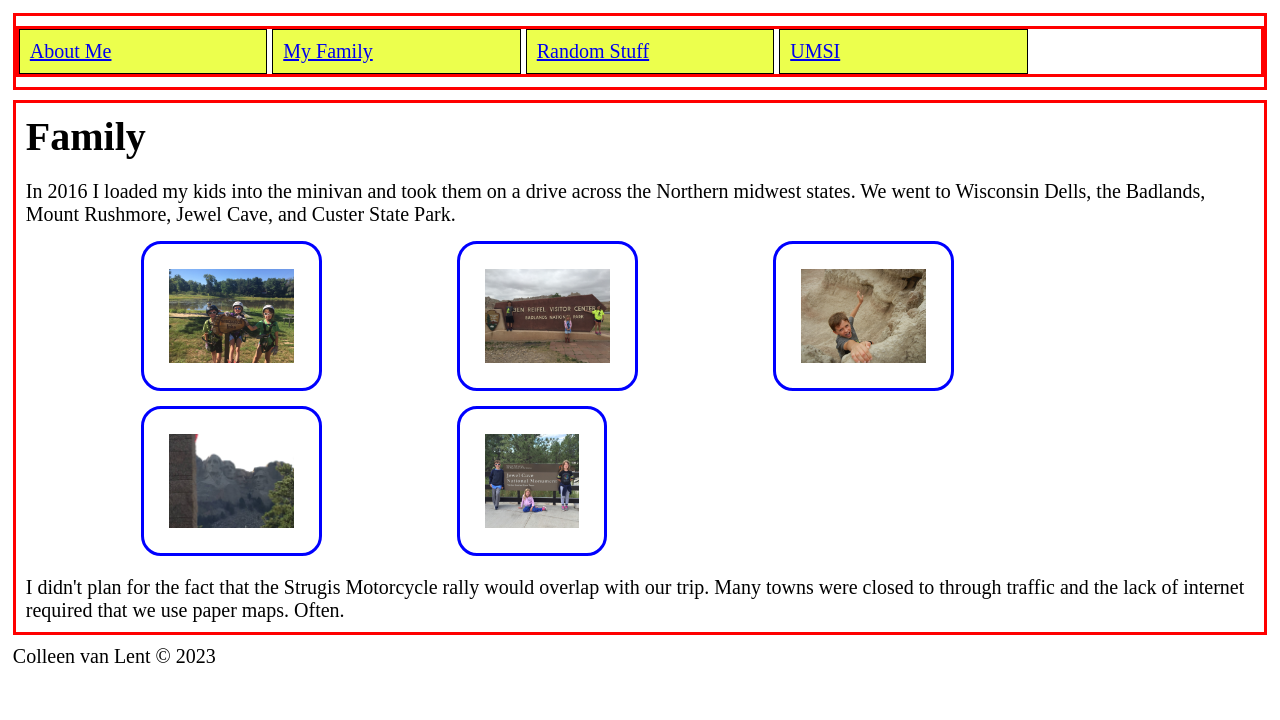
Repository: lulyany/hw1-2023
Page: family.html
These files come from the project's save history. The page is drawn as it stood at one moment and after a run of saves; the edit follows.
The browser window is 1280 px wide. The pictures show the whole page.

Above is the page before, as saved 2023-09-04 18:30:40.

### family.html
<!DOCTYPE html>
<html lang="en">
<head>
	<meta charset="UTF-8">
	<meta name="viewport" content="width=device-width, initial-scale=1.0">
	<link rel="icon" href="images/favicon.ico">
	<link rel="stylesheet" href="css/reset.css">
	<link rel="stylesheet" href="css/style.css">
	<title>Family Page</title>
</head>
<body>
	<header>
	 	<nav>
		<ul>
			<li><a href = "index.html">About Me</a></li>
			<li><a href = "family.html">My Family</a></li>
			<li><a href = "random.html">Random Stuff</a></li>
			<li><a href = "si.umich.edu">UMSI</a></li>
		</ul>
		</nav>
	</header>

	<main>
		<h1>Family</h1>
		<p>In 2016 I loaded my kids into the minivan and took them on a drive across the Northern midwest states.  We went to Wisconsin Dells, the Badlands, Mount Rushmore, Jewel Cave, and Custer State Park.</p>
			<img src = "images/wisconsin_dells.jpg" width="25" alt = "A boy and two girls in zip line gear posing in front of sign for Sasquatch Lake"/>
			<img src = "images/badlands.jpg" width="1000"  alt = "badlands"/>
			<img src = "images/falling.jpg" width="25"  alt = "falling"/>
			<img src = "images/rushmore.jpg" width="1000" alt = "rushmore"/>
			<img src = "images/jewel_cave.jpg" width="25"  alt = "jewel_cave"/>
		<p>I didn't plan for the fact that the Strugis Motorcycle rally would overlap with our trip.  Many towns were closed to through traffic and the lack of internet required that we use paper maps. Often.</p>
	</main>

	Colleen van Lent &copy; 2023
</body>
</html>

### css/style.css
/*Add padding and margin to space out the page.
Make the font larger too.*/
body{
	margin:1%;
	font-size:125%;
}

/*Make the h1 heading bigger with a bold font*/
h1{
	font-size: 2em;
	font-weight: bold;
}

.active{
	background: white;
    text-transform: uppercase;
	text-align: center;
}

.active a{
	text-decoration: none;;
}

/*Style the images*/
img{
    height: 150px;
	width:auto;
    border: 3px solid blue;
    padding: 25px;
    border-radius: 20px;
    margin: 5px;
	margin-left: 10%
}

/*Make the h2 heading match h1*/
h2{
	font-size: 2em;
	font-weight: bold;
}

/*Improve the spacing for paragraphs AND headings*/
p, h1, h2 {
    padding: 10px;
}

/*Add borders around the main components and some
space too*/
header, nav, main, footer{
	border: 3px solid red;
	margin: 10px 0;
}


/*Change the styling for all of the list
items in the nav section*/
nav ul li{
	background-color: #ECFF4D;
	padding:10px;
	width:25%;
	border:1px solid black;
	display: inline-block;
	width: 20%;
}

/*Added this so the links stay the same color*/
a:visited{color:#0000FF}

Loaded but not shown: css/reset.css (common file)

After the next 2 saves:
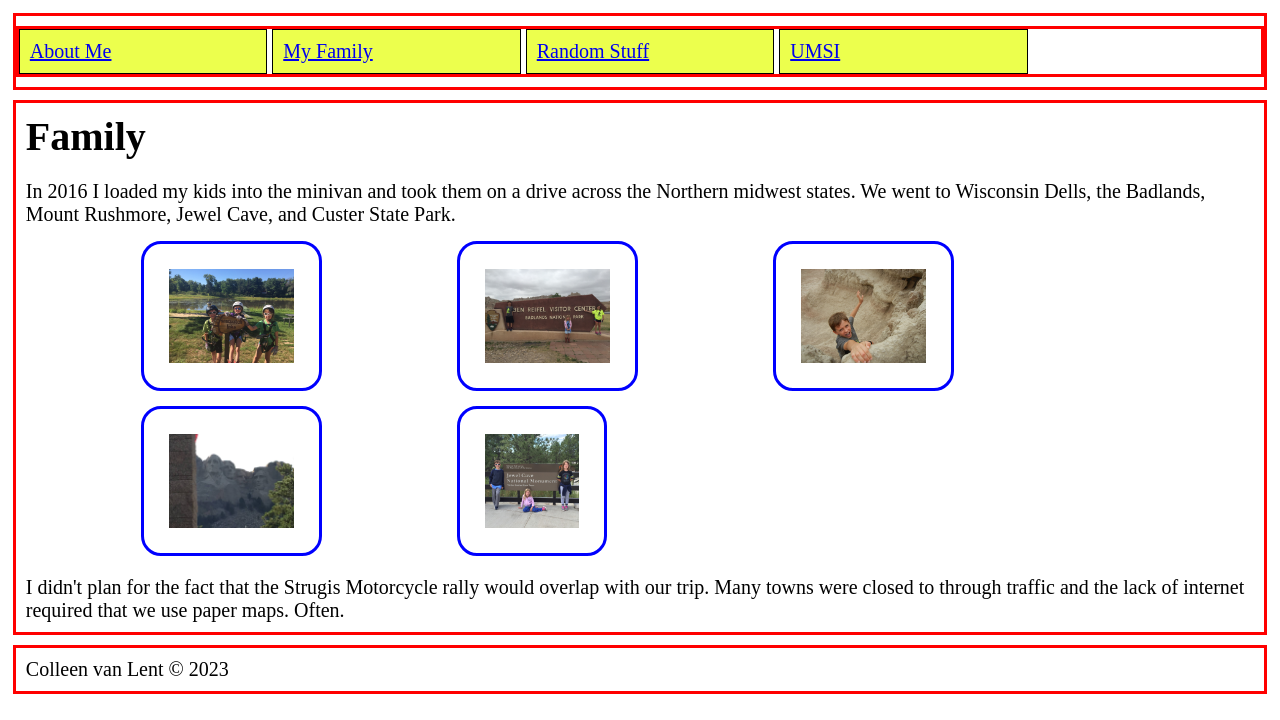
The 2 saves are shown as one change because they came seconds apart.
The last was saved 9 s later.
--- a/family.html
+++ b/family.html
@@ -30,7 +30,8 @@
 			<img src = "images/jewel_cave.jpg" width="25"  alt = "jewel_cave"/>
 		<p>I didn't plan for the fact that the Strugis Motorcycle rally would overlap with our trip.  Many towns were closed to through traffic and the lack of internet required that we use paper maps. Often.</p>
 	</main>
-
+	<footer>
+		<p>
 	Colleen van Lent &copy; 2023
 </body>
 </html>
